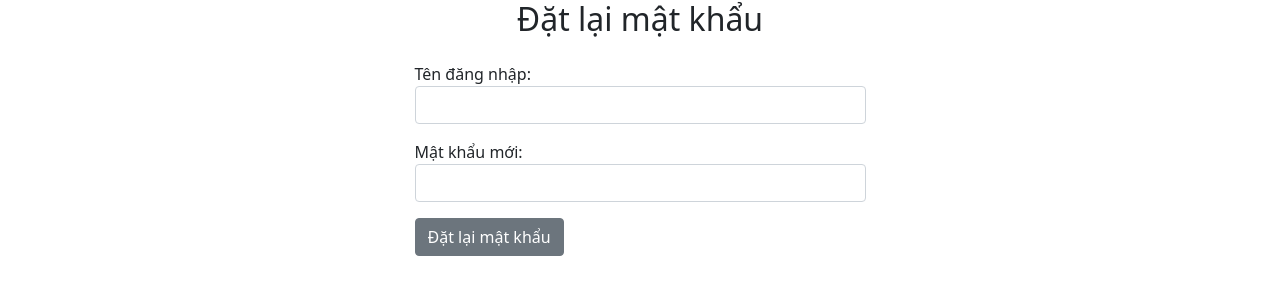
Repository: Carwyn1101/NguyenDinhHongPhuc_22133041
Page: http://localhost/LapTrinhWeb/views/forgetPassword.jsp
The author's editor kept a copy of each file at every save. The page is drawn from the files as they stood at one save, then again after the next save.
The browser window is 1280 px wide. The pictures show the whole page.
The page is served by Tomcat 10. Nobody is signed in. The application's start-up code is not run.

Above is the page before, as saved 2024-09-15 05:53:36.

After the next save:
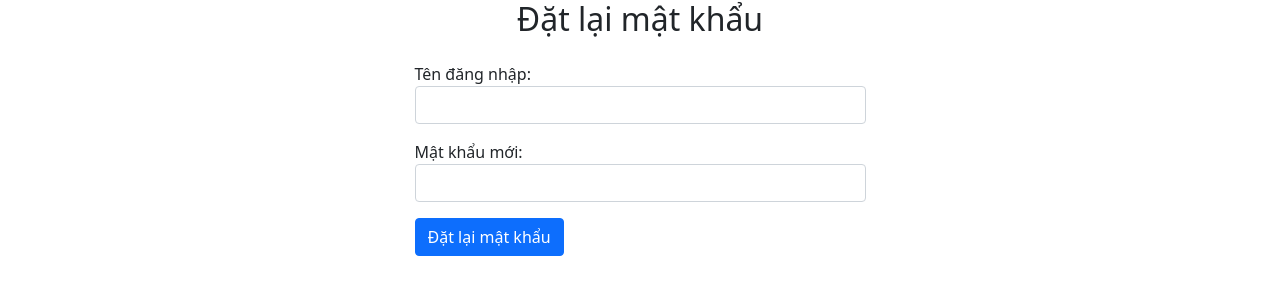
Saved 33 s later.
--- a/LapTrinhWeb/src/main/webapp/views/forgetPassword.jsp
+++ b/LapTrinhWeb/src/main/webapp/views/forgetPassword.jsp
@@ -1,39 +1,42 @@
 <%@ page language="java" contentType="text/html; charset=UTF-8"
-    pageEncoding="UTF-8"%>
-<%@ taglib prefix="c" uri="http://java.sun.com/jsp/jstl/core" %>
+	pageEncoding="UTF-8"%>
+<%@ taglib prefix="c" uri="http://java.sun.com/jsp/jstl/core"%>
 <!DOCTYPE html>
 <html>
 <head>
-    <meta charset="UTF-8">
-    <meta name="viewport" content="width=device-width, initial-scale=1">
-    <!-- Bootstrap CSS -->
-    <link href="https://cdn.jsdelivr.net/npm/bootstrap@5.0.2/dist/css/bootstrap.min.css" rel="stylesheet">
-    <title>Quên mật khẩu</title>
+<meta charset="UTF-8">
+<meta name="viewport" content="width=device-width, initial-scale=1">
+<!-- Bootstrap CSS -->
+<link
+	href="https://cdn.jsdelivr.net/npm/bootstrap@5.0.2/dist/css/bootstrap.min.css"
+	rel="stylesheet">
+<title>Quên mật khẩu</title>
 </head>
 <body>
-    <div class="container">
-        <div class="row justify-content-center">
-            <div class="col-12 col-md-5">
-                <form method="post" action="forgetPassword">
-                    <c:if test="${error != null}">
-                        <div class="alert alert-danger">${error}</div>
-                    </c:if>
-                    <h2 class="text-center mb-4">Đặt lại mật khẩu</h2>
-                    <div class="form-group mb-3">
-                        <label for="username">Tên đăng nhập:</label>
-                        <input type="text" id="username" name="username" class="form-control" required />
-                    </div>
-                    <div class="form-group mb-3">
-                        <label for="newPassword">Mật khẩu mới:</label>
-                        <input type="password" id="newPassword" name="newPassword" class="form-control" required />
-                    </div>
-                    <div class="form-group mt-3">
-                        <button type="submit" class="btn btn-secondary"
-                          onclick="window.location.href='login.jsp'"> Đặt lại mật khẩu</button>
-                    </div>
-                </form>
-            </div>
-        </div>
-    </div>
+	<div class="container">
+		<div class="row justify-content-center">
+			<div class="col-12 col-md-5">
+				<form method="post" action="forgetPassword">
+					<c:if test="${error != null}">
+						<div class="alert alert-danger">${error}</div>
+					</c:if>
+					<h2 class="text-center mb-4">Đặt lại mật khẩu</h2>
+					<div class="form-group mb-3">
+						<label for="username">Tên đăng nhập:</label> <input type="text"
+							id="username" name="username" class="form-control" required />
+					</div>
+					<div class="form-group mb-3">
+						<label for="newPassword">Mật khẩu mới:</label> <input
+							type="password" id="newPassword" name="newPassword"
+							class="form-control" required />
+					</div>
+					<div class="form-group mt-3">
+						<button type="submit" class="btn btn-primary">Đặt lại mật
+							khẩu</button>
+					</div>
+				</form>
+			</div>
+		</div>
+	</div>
 </body>
 </html>
